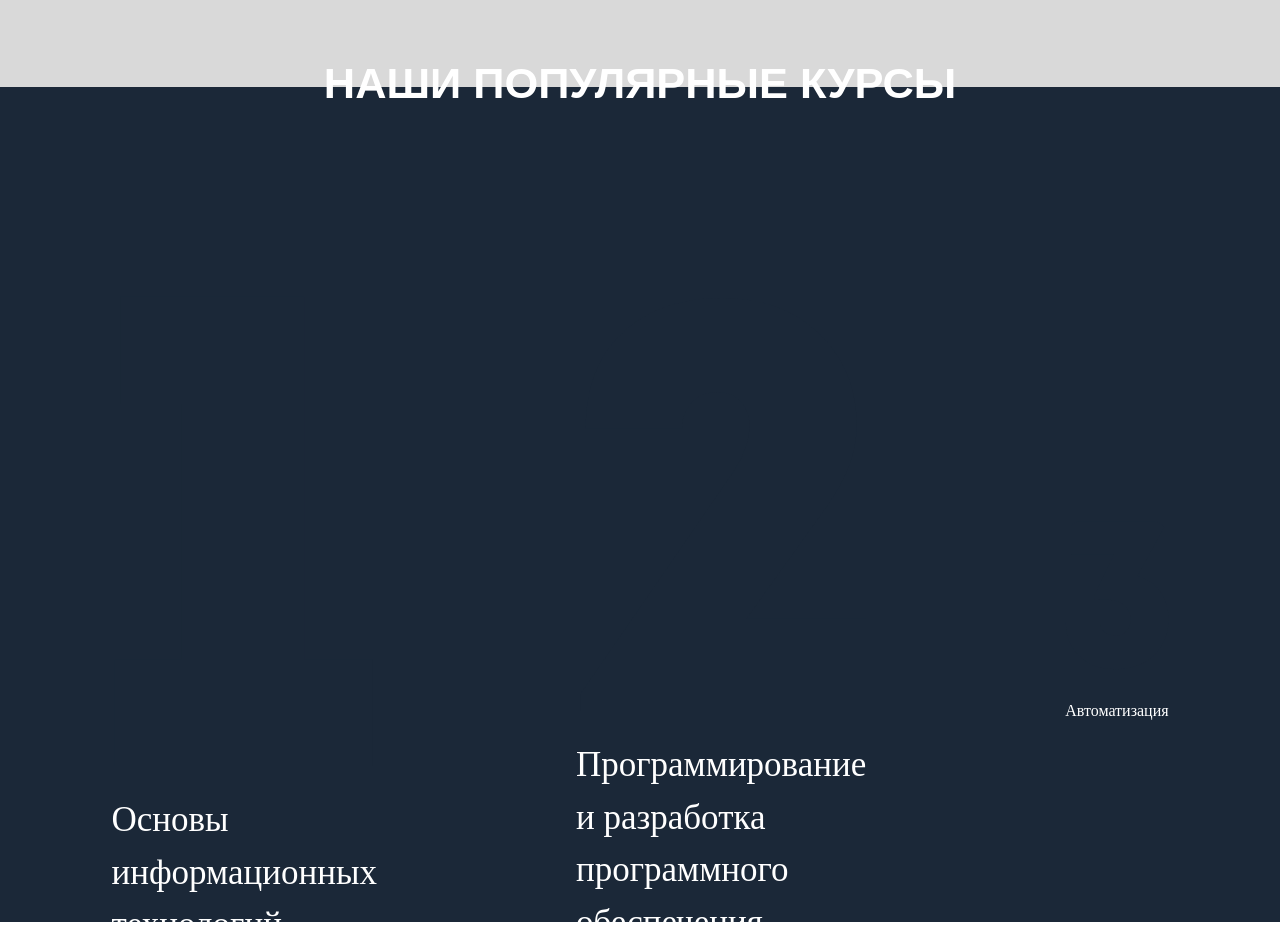
Repository: marjango/course
Page: /
The author's editor kept a copy of each file at every save. The page is drawn from the files as they stood at one save, then again after the next save.
The browser window is 1280 px wide. The pictures show the part of the page from y = 1602 to 2554 px (the page is 2554 px tall).
The project was rebuilt for these pictures with package versions that can differ from the ones it lists, and the page was loaded fresh each time. The framework's server and built-in components were replaced by stand-ins that run in the browser. Also part of the build but not shown: next.config.ts.

Above is the page before, as saved 2025-03-25 01:49:09.

After the next save:
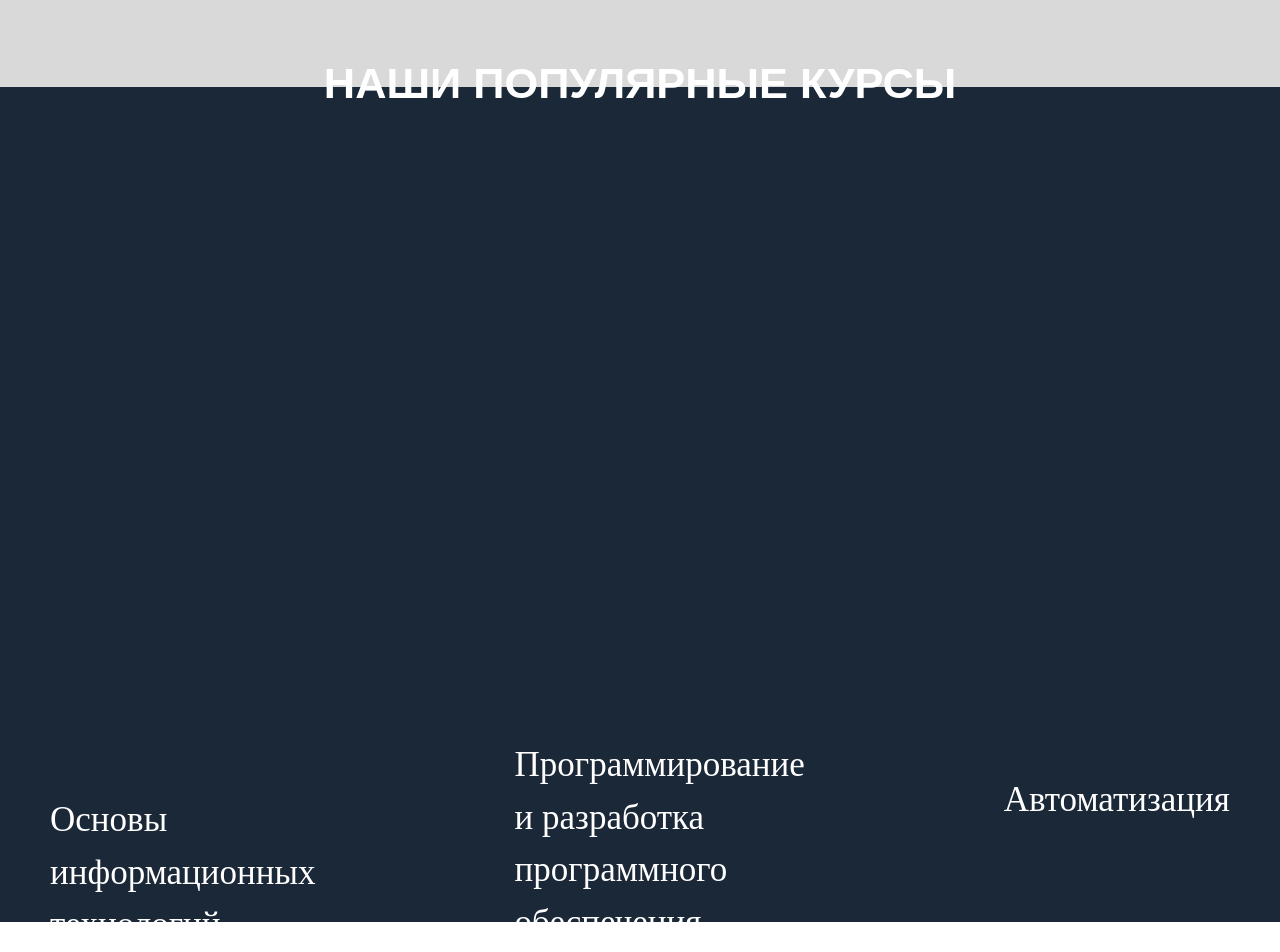
Saved 13 s later.
--- a/app/mainpage/main.module.css
+++ b/app/mainpage/main.module.css
@@ -167,9 +167,9 @@
     flex-direction: column;
     justify-content: center;
     gap: 28px;
+    font-size: 35px;
+    font-weight: 300;
   }
   .course1, .course2, .course3 img {
     border-radius: 20px;
-    font-size: 35px;
-    font-weight: 300;
   }
